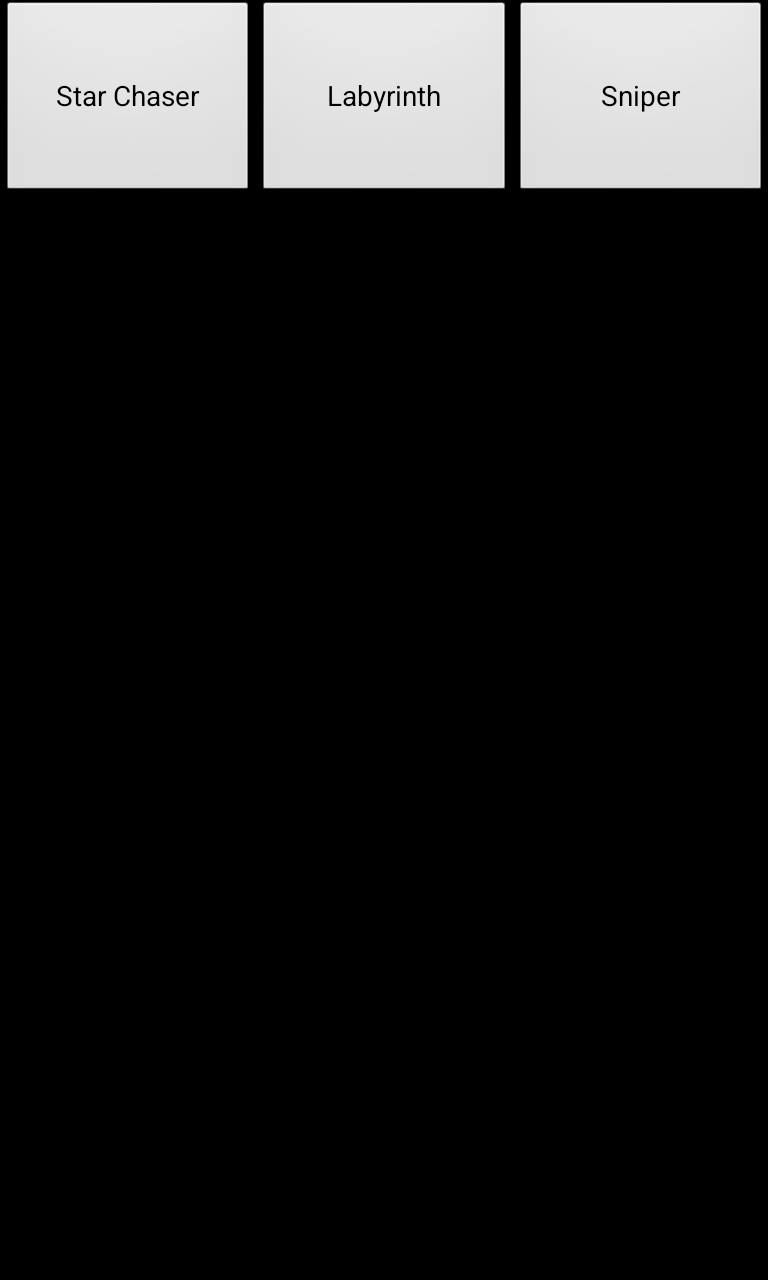
Repository: Malow/PhoneGame
Layout: Android/WiiPhone/res/layout/activity_main.xml
The author's editor kept a copy of each file at every save. The layout is drawn from the files as they stood at one save, then again after the next save.
It is drawn on a 768 x 1280 px phone screen (xhdpi) without system bars, with theme android:Theme.NoTitleBar.Fullscreen; the app's code is not run. The app's manifest (not shown) leaves right-to-left support off. So textAlignment, textDirection and layoutDirection are ignored, and left and right values win over start and end ones.

Above is the layout before, as saved 2013-04-26 10:33:34.

### Android/WiiPhone/res/layout/activity_main.xml
<?xml version="1.0" encoding="utf-8"?>
<LinearLayout xmlns:android="http://schemas.android.com/apk/res/android"
    android:layout_width="fill_parent"
    android:layout_height="fill_parent"
    android:layout_marginTop="105dp"
    android:orientation="horizontal" >

    <Button
        android:id="@+id/game_1"
        style="android:attr/buttonBarButtonStyle"
        android:layout_width="match_parent"
        android:layout_height="wrap_content"
        android:layout_weight="0.10"
        android:height="100dp"
        android:text="@string/choose_game_button_1" />

    <Button
        android:id="@+id/game_2"
        style="android:attr/buttonBarButtonStyle"
        android:layout_width="match_parent"
        android:layout_height="wrap_content"
        android:layout_weight="0.10"
        android:height="100dp"
        android:text="@string/choose_game_button_2" />

    <Button
        android:id="@+id/game_3"
        style="android:attr/buttonBarButtonStyle"
        android:layout_width="match_parent"
        android:layout_height="wrap_content"
        android:layout_weight="0.10"
        android:height="100dp"
        android:text="@string/choose_game_button_3" />

</LinearLayout>

### Android/WiiPhone/res/values/strings.xml
<?xml version="1.0" encoding="utf-8"?>
<resources>

    <string name="app_name">WiiPhone</string>
    <string name="action_settings">Settings</string>
    <string name="hello_world">Hello world!</string>
    <string name="start_button_text">this button starts the program</string>
    <string name="choose_game_button_1">Star Chaser</string>
	<string name="choose_game_button_2">Labyrinth</string>
	<string name="choose_game_button_3">Sniper</string>
	<string name="button_up">UP</string>
	<string name="button_down">DOWN</string>
	<string name="button_shot">Shot</string>
	<string name="joysticktext1">Turn</string>
	<string name="joysticktext2">Balance</string>
	<string name="creators">Projekt by MaloW and eXpliCo</string>
	<string name="restart">Restart</string>
</resources>

After the next save:
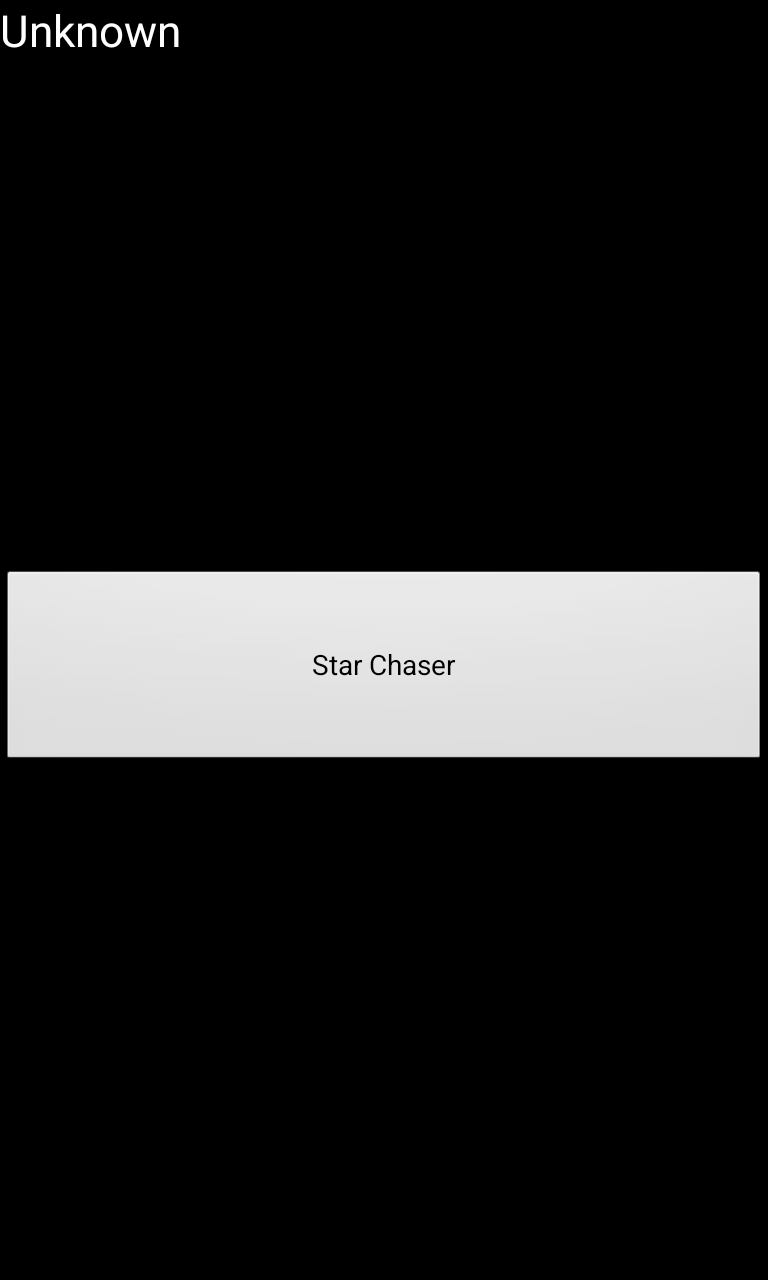
Saved 5 min 47 s later.
--- a/Android/WiiPhone/res/layout/activity_main.xml
+++ b/Android/WiiPhone/res/layout/activity_main.xml
@@ -2,34 +2,47 @@
 <LinearLayout xmlns:android="http://schemas.android.com/apk/res/android"
     android:layout_width="fill_parent"
     android:layout_height="fill_parent"
-    android:layout_marginTop="105dp"
-    android:orientation="horizontal" >
+    android:orientation="vertical" >
 
-    <Button
-        android:id="@+id/game_1"
-        style="android:attr/buttonBarButtonStyle"
+    <TextView
+        android:id="@+id/textView1"
+        android:layout_width="wrap_content"
+        android:layout_height="wrap_content"
+        android:layout_weight="0.10"
+        android:text="Unknown"
+        android:textAlignment="center"
+        android:textAppearance="?android:attr/textAppearanceLarge" />
+
+    <LinearLayout
         android:layout_width="match_parent"
         android:layout_height="wrap_content"
-        android:layout_weight="0.10"
-        android:height="100dp"
-        android:text="@string/choose_game_button_1" />
+        android:layout_weight="0.10" >
 
-    <Button
-        android:id="@+id/game_2"
-        style="android:attr/buttonBarButtonStyle"
-        android:layout_width="match_parent"
-        android:layout_height="wrap_content"
-        android:layout_weight="0.10"
-        android:height="100dp"
-        android:text="@string/choose_game_button_2" />
+        <Button
+            android:id="@+id/game_1"
+            style="android:attr/buttonBarButtonStyle"
+            android:layout_width="match_parent"
+            android:layout_height="wrap_content"
+            android:height="100dp"
+            android:text="@string/choose_game_button_1" />
 
-    <Button
-        android:id="@+id/game_3"
-        style="android:attr/buttonBarButtonStyle"
-        android:layout_width="match_parent"
-        android:layout_height="wrap_content"
-        android:layout_weight="0.10"
-        android:height="100dp"
-        android:text="@string/choose_game_button_3" />
+        <Button
+            android:id="@+id/game_2"
+            style="android:attr/buttonBarButtonStyle"
+            android:layout_width="match_parent"
+            android:layout_height="wrap_content"
+            android:layout_weight="0.10"
+            android:height="100dp"
+            android:text="@string/choose_game_button_2" />
+
+        <Button
+            android:id="@+id/game_3"
+            style="android:attr/buttonBarButtonStyle"
+            android:layout_width="match_parent"
+            android:layout_height="wrap_content"
+            android:layout_weight="0.10"
+            android:height="100dp"
+            android:text="@string/choose_game_button_3" />
+    </LinearLayout>
 
 </LinearLayout>
